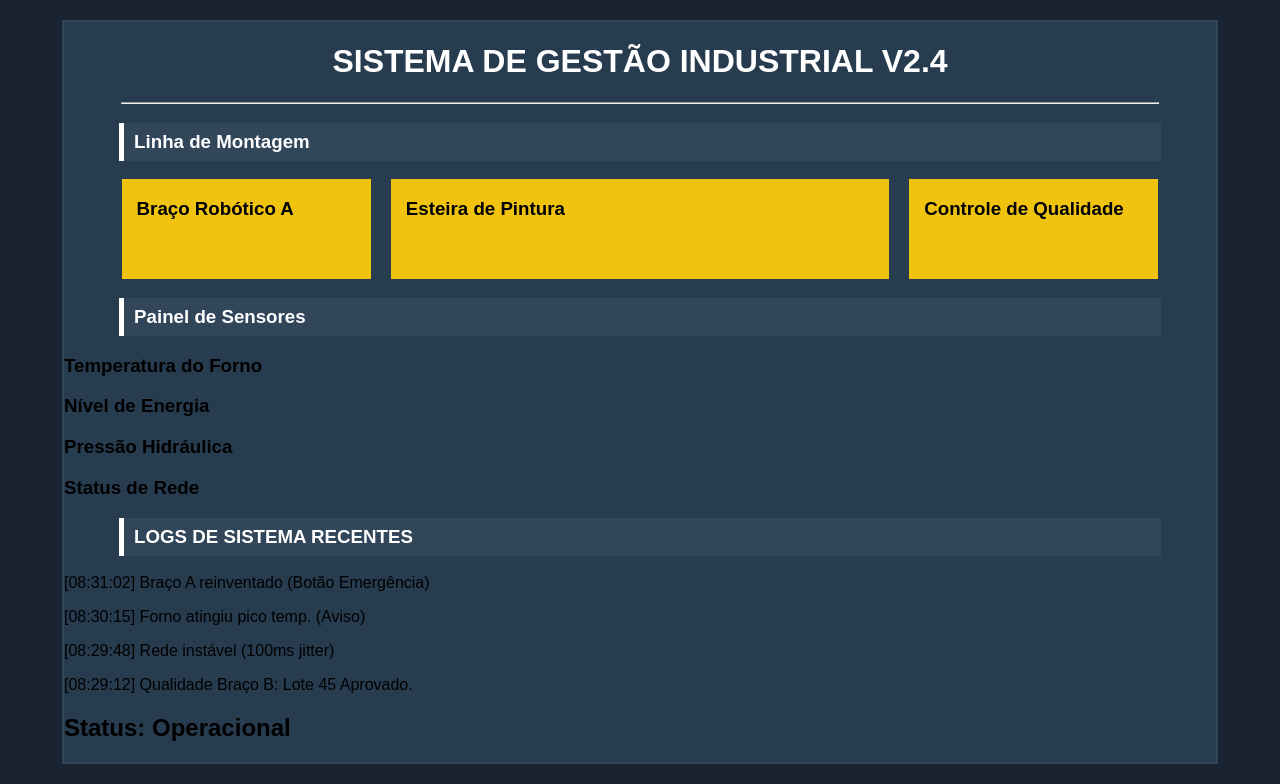
Repository: DanielEDapper/Front-WEG
Page: ProfeIgor/Aula5 - Dashboard Industrial/index.html
An editor plug-in stored every save of this project. The page is shown before and after the next save, followed by the edit.
The browser window is 1280 px wide. The pictures show the whole page.
Some icons come from a web library that is not loaded, so they are not drawn.

Above is the page before, as saved 2026-05-29 19:39:21.

### ProfeIgor/Aula5 - Dashboard Industrial/index.html
<!DOCTYPE html>
<html lang="en">
<head>
    <meta charset="UTF-8">
    <meta name="viewport" content="width=device-width, initial-scale=1.0">
    <link rel="stylesheet" href="style.css">
    <link rel='stylesheet' href='https://cdn-uicons.flaticon.com/4.0.0/uicons-bold-straight/css/uicons-bold-straight.css'>
    <title>Sistema de gestão Industrial</title>
</head>
<body>
    <div id="wrapper">
        <div id="header">
            <h1>SISTEMA DE GESTÃO INDUSTRIAL V2.4</h1>
        </div>
        <hr>
        <div id="main">
            <div class="container-main">

                <div class="titulo-sessao">
                    <h3>Linha de Montagem</h3>
                </div>
                <div class="container-montagem">
                    <div class="card">
                        <h3>Braço Robótico A</h3>
                        <i class="fi fi-bs-thumbtack"></i>
                    </div>
                    <div class="card">
                        <h3>Esteira de Pintura</h3>
                        <i class="fi fi-bs-arrow-right"></i>
                    </div>
                    <div class="card">
                        <h3>Controle de Qualidade</h3>
                        <i class="fi fi-bs-medal"></i>
                    </div>
                </div>


                <div class="titulo-sessao">
                    <h3>Painel de Sensores</h3>
                </div>
                <div class="container-sensores">
                    <div>
                        <h3>Temperatura do Forno</h3>
                        <i class="fi fi-bs-temperature-high"></i>
                    </div>
                    <div>
                        <h3>Nível de Energia</h3>
                        <i class="fi fi-bs-battery-half"></i>
                    </div>
                    <div>
                        <h3>Pressão Hidráulica</h3>
                        <i class="fi fi-bs-dashboard"></i>
                    </div>
                    <div>
                        <h3>Status de Rede</h3>
                        <i class="fi fi-bs-workflow-setting-alt"></i>
                    </div>
                </div>


                <div class="titulo-sessao">
                    <h3>LOGS DE SISTEMA RECENTES</h3>
                </div>
                <div class="container-logs">
                    <p>[08:31:02] Braço A reinventado (Botão Emergência)</p>
                    <p>[08:30:15] Forno atingiu pico temp. (Aviso)<p>
                    <p>[08:29:48] Rede instável (100ms jitter)</p>
                    <p>[08:29:12] Qualidade Braço B: Lote 45 Aprovado.</p>
                </div>
            </div>
        </div>
        <div id="footer">
            <h2>Status: Operacional</h2>
        </div>
    </div>
</body>
</html>

### ProfeIgor/Aula5 - Dashboard Industrial/style.css
:root{
    --bg-dark: #192332;
    --bg-main: #283C50;
    --bg-panel: #32465A;

    --warning: #F0C30F;
    --danger: #BE3728;
    --success: #2ECC71;

    --log-bg: #D2E6F5;

    --text: #FFFFFF;
    --text-secondary: #99A3AB;

    --accent-blue: #638CAB;
}

body{
    margin: 0;
    padding: 0;
    background-color: var(--bg-dark);
}

#wrapper{
    font-family: Arial, Helvetica, sans-serif;
    height: 90%;
    width: 90%;
    background-color: var(--bg-main);
    border: 2px solid var(--bg-panel);
    margin: 20px;
    justify-self: center;
}

#header{
    color: var(--text);
    text-align: center;
}

hr{
    width: 90%;
    font-weight: 400;
}

.titulo-sessao{
    background-color: var(--bg-panel);
    color: var(--text);
    width: 90%;
    justify-self: center;
    border-left: 5px solid var(--text);
}

.titulo-sessao h3{
    padding: 8px 0px 8px 10px;
}

.container-montagem{
    display: flex;
    width: 90%;
    justify-self: center;
    flex-basis: 400;
    height: 100px;
    justify-content: space-around;
    gap: 20px;
}

.card{
    background-color: var(--warning);
}

.card h3{
    padding: 0px 0px 0px 15px;
}

.card:nth-child(1){
    width: 25%;
}

.card:nth-child(2){
    width: 50%;
}

.card:nth-child(2) i{
    display: flex;
    padding: 0px 20px 0px 0px;
    justify-self: end;
}

.card:nth-child(3){
    width: 25%;
}

After the next save:
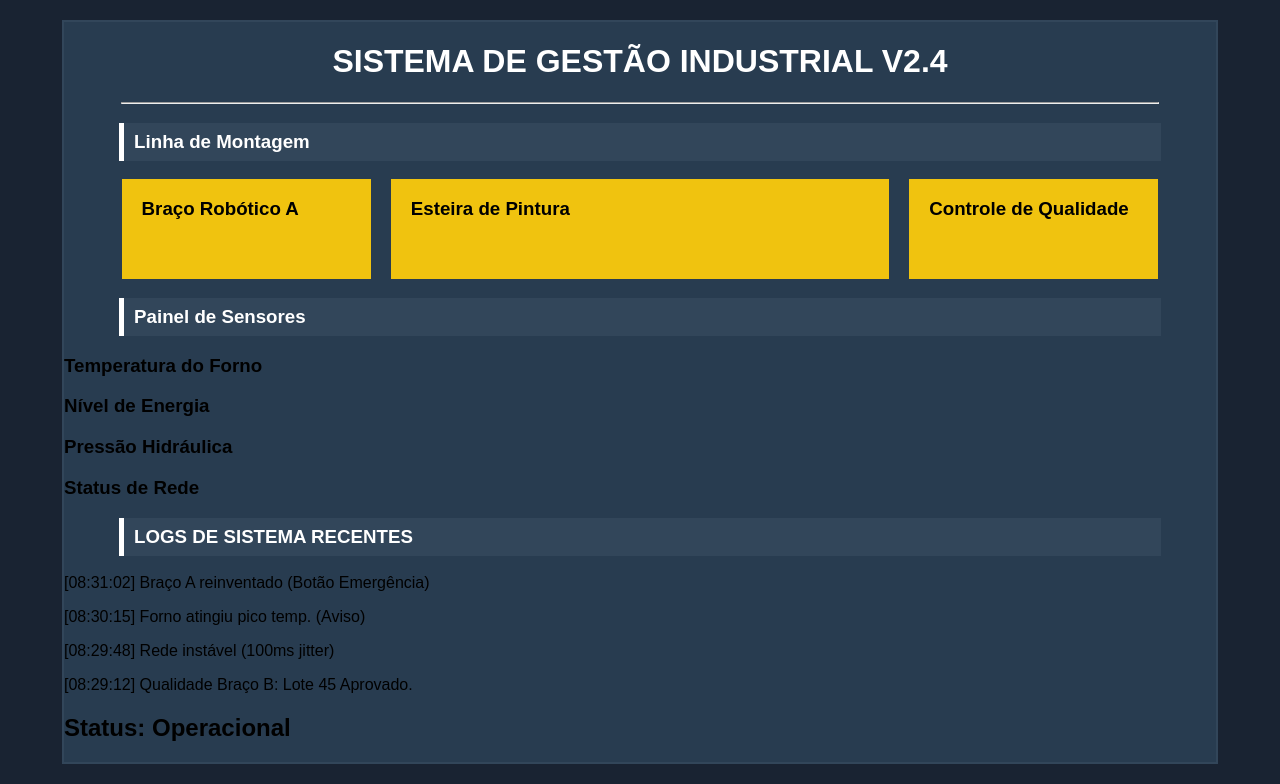
Saved 5 s later.
--- a/ProfeIgor/Aula5 - Dashboard Industrial/style.css
+++ b/ProfeIgor/Aula5 - Dashboard Industrial/style.css
@@ -68,7 +68,7 @@ hr{
 }
 
 .card h3{
-    padding: 0px 0px 0px 15px;
+    padding: 0px 0px 0px 20px;
 }
 
 .card:nth-child(1){
